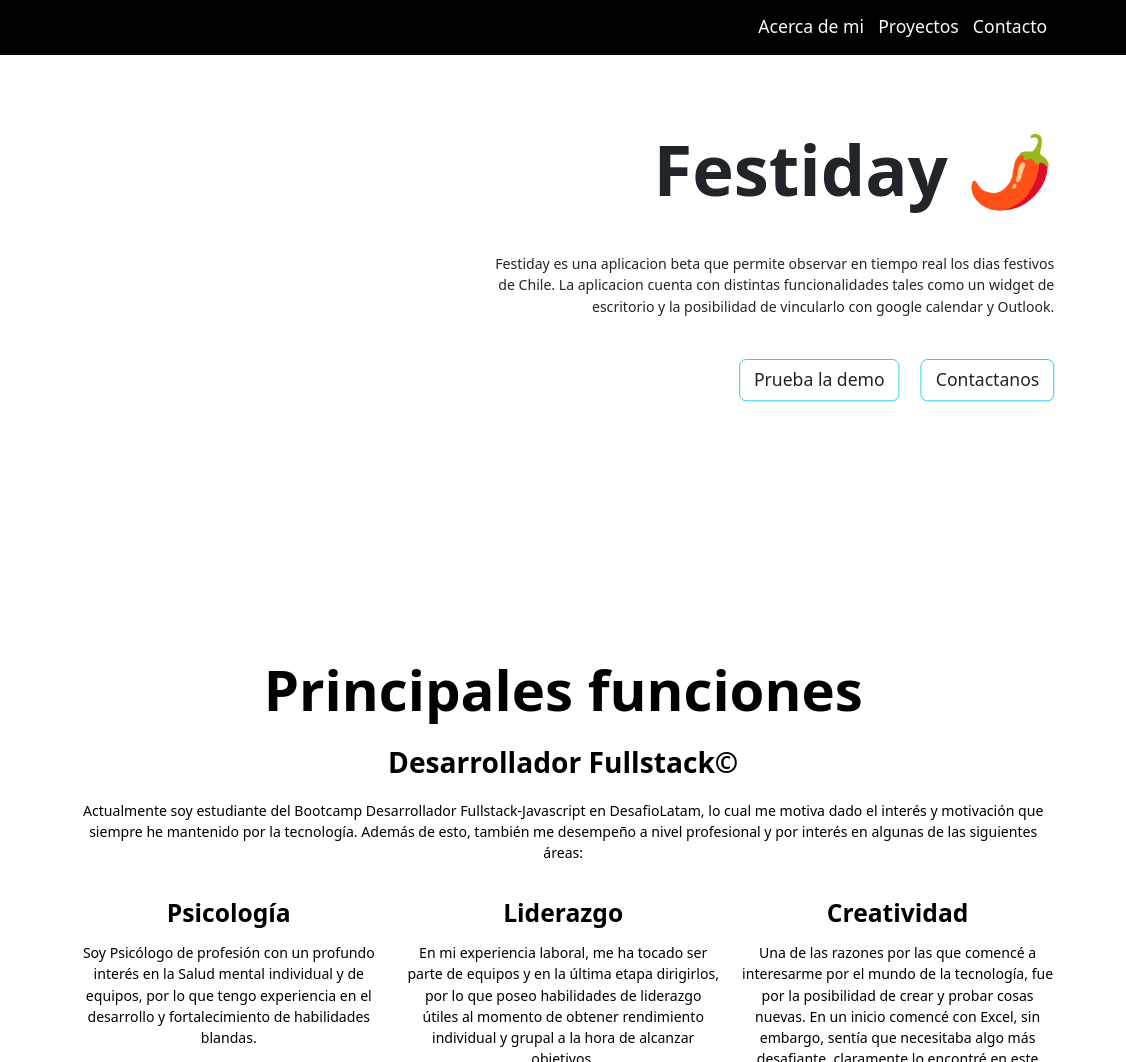
Repository: cvalenciapatagonia/Desafio-4-React-I
Page: /
The author's editor kept a copy of each file at every save. The page is drawn from the files as they stood at one save, then again after the next save.
The browser window is 1280 px wide. The pictures show the part of the page from y = 0 to 1207 px (the page is 2217 px tall before and 2097 px after), at 88% of full size.
Pictures or frames that could not be fetched are drawn as grey boxes. The page's requests for data from a server got no answer. The project was rebuilt for these pictures with package versions that can differ from the ones it lists, and the page was loaded fresh each time. No one was signed in, and anything a server would have sent is missing. Also part of the build but not shown: vite.config.js, src/App.css.

Above is the page before, as saved 2023-09-07 18:15:35.

After the next save:
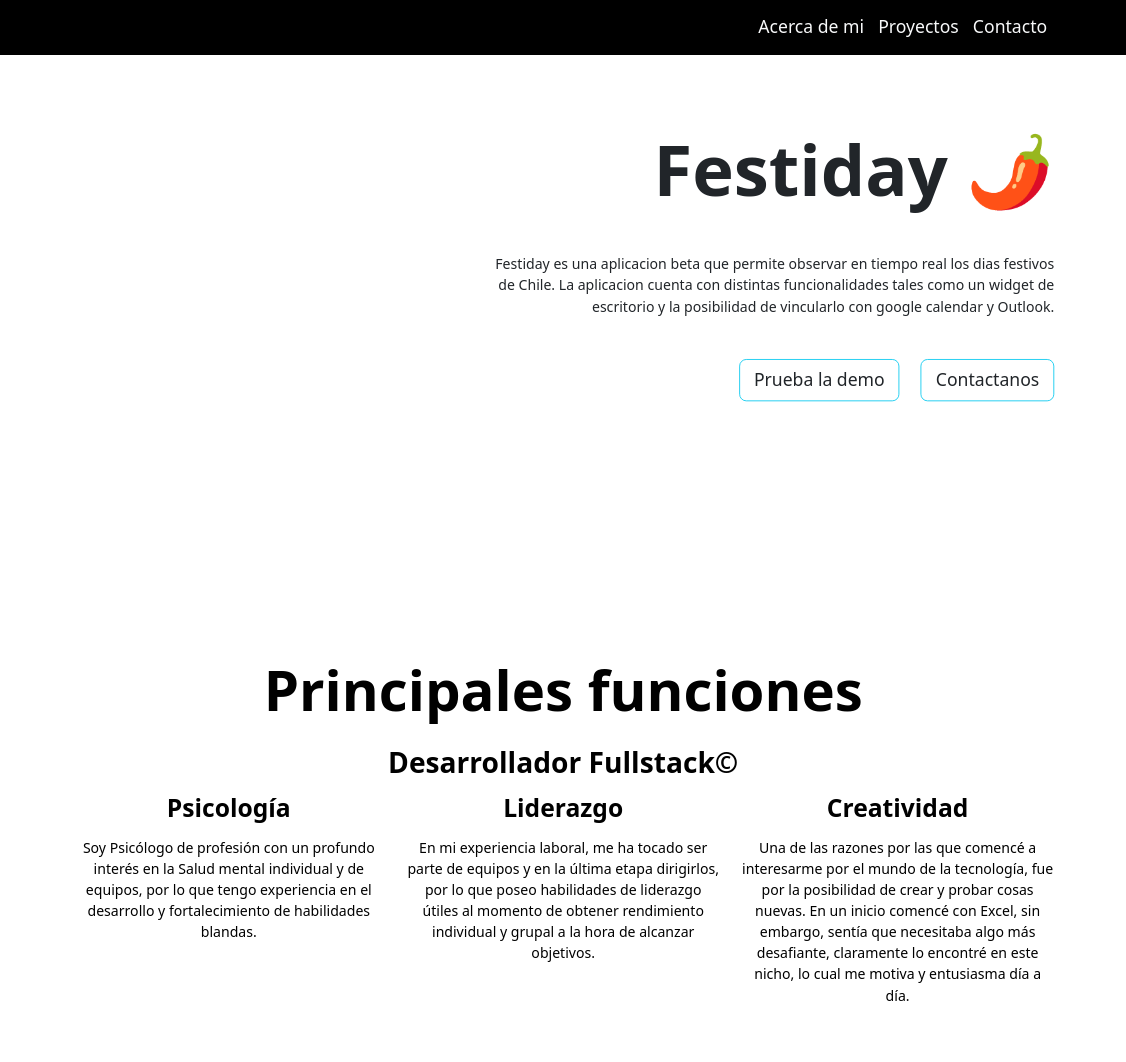
Saved 27 s later.
--- a/src/App.jsx
+++ b/src/App.jsx
@@ -94,13 +94,7 @@
         <h3 className="subtitulo2 my-3 fw-bold">Desarrollador Fullstack©</h3>
         <i className="fas fa-solid fa-code fa-2x my-3"></i>
 
-        <p className="my-4">
-          Actualmente soy estudiante del Bootcamp Desarrollador
-          Fullstack-Javascript en DesafioLatam, lo cual me motiva dado el
-          interés y motivación que siempre he mantenido por la tecnología.
-          Además de esto, también me desempeño a nivel profesional y por interés
-          en algunas de las siguientes áreas:
-        </p>
+
 
         <div className="row">
           <div className="col-12 col-md-4">
